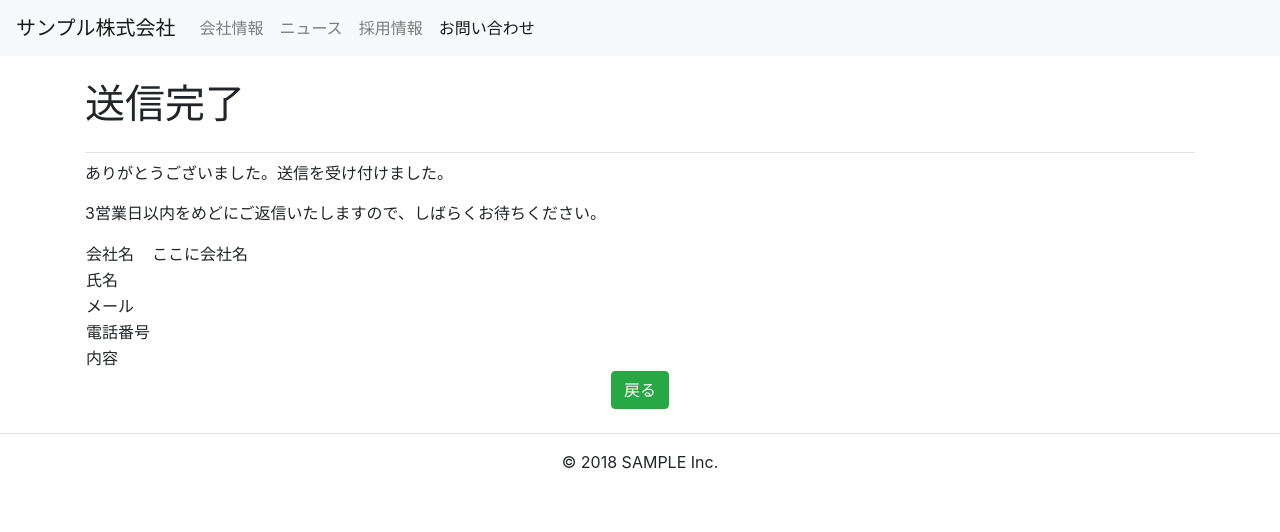
Repository: kazumasatomoto/kadai-tasklist-
Page: complete.html
The author's editor kept a record of every edit. The page is drawn from the files as they stood at one moment, then again after the next edit.
The browser window is 1280 px wide. The pictures show the whole page.
Some web libraries are served in a nearby version.

Above is the page before.

After the next edit:
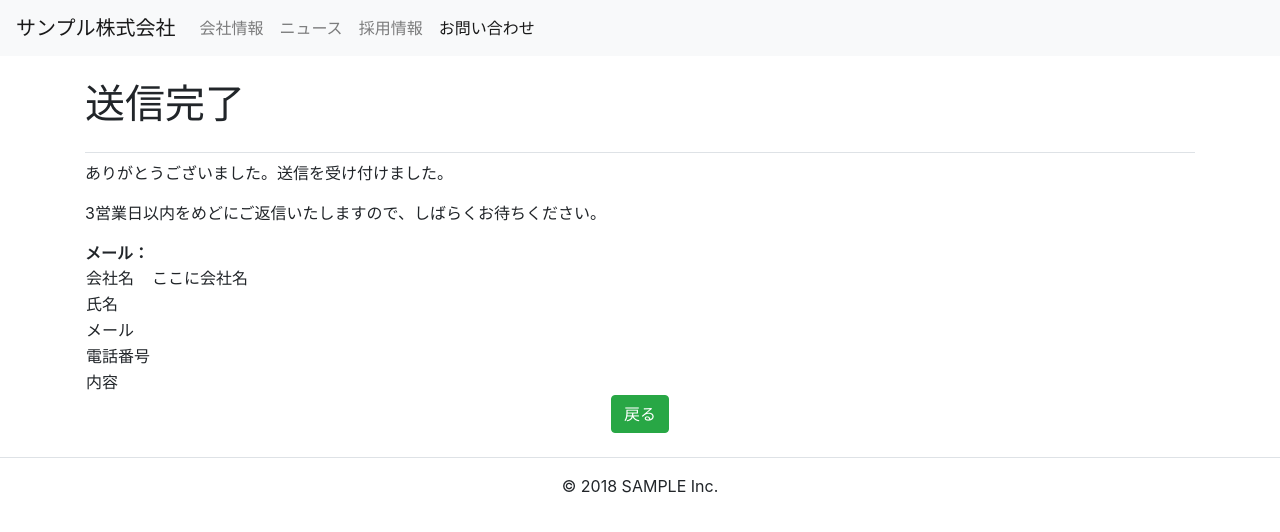
The edit:
--- a/complete.html
+++ b/complete.html
@@ -29,6 +29,7 @@
             <h1 class="mt-4 pb-4 border-bottom">送信完了</h1>
             <p>ありがとうございました。送信を受け付けました。</p>
             <p>3営業日以内をめどにご返信いたしますので、しばらくお待ちください。</p>
+            <strong>メール：</strong>
             <table>
                 <tr>
                     <td>会社名</td>
